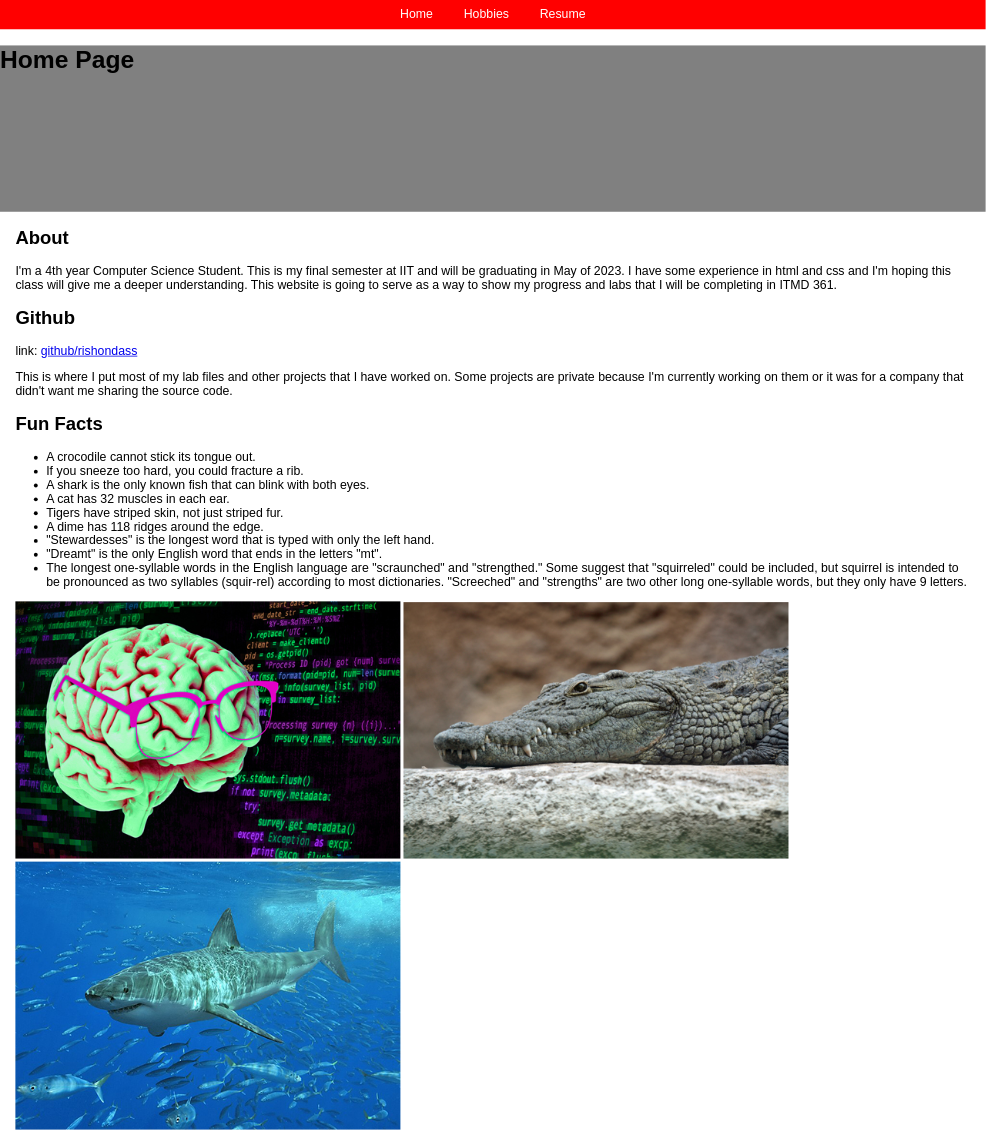
Repository: rishondass/ITMD361-Project2
Page: index.html
The author's editor kept a copy of each file at every save. The page is drawn from the files as they stood at one save, then again after a run of saves.
The browser window is 1280 px wide. The pictures show the whole page, at 77% of full size.

Above is the page before, as saved 2023-03-07 21:36:41.

After the next 4 saves:
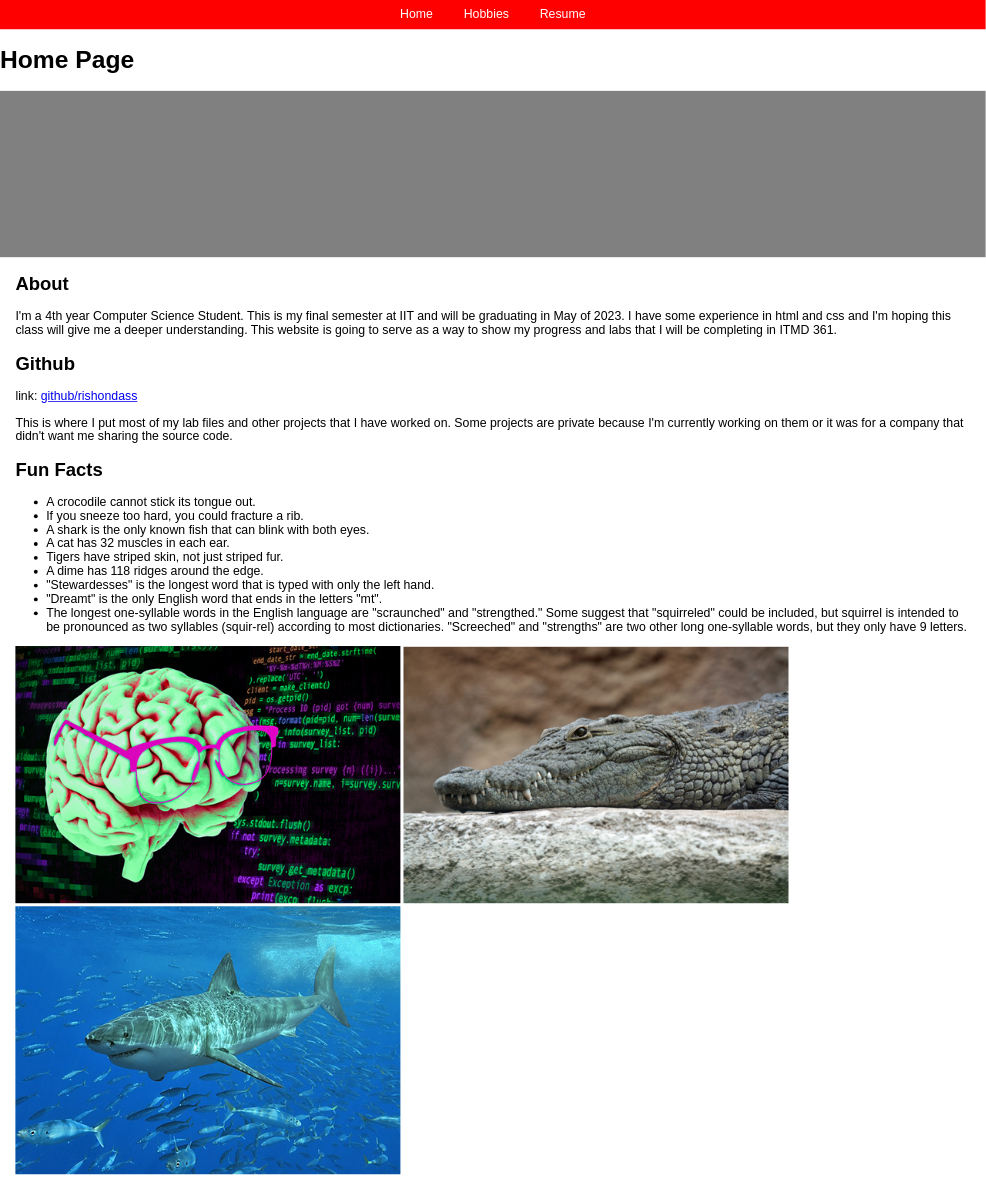
The 4 saves are shown as one change because they came seconds apart.
The last was saved 20 s later.
--- a/index.html
+++ b/index.html
@@ -21,8 +21,9 @@
             </li>
         </ul>
     </nav>
+    <h1>Home Page</h1>
     <div id="hero-section">
-            <h1>Home Page</h1>
+
     </div>
     <div id="main-container">
         <h2>
